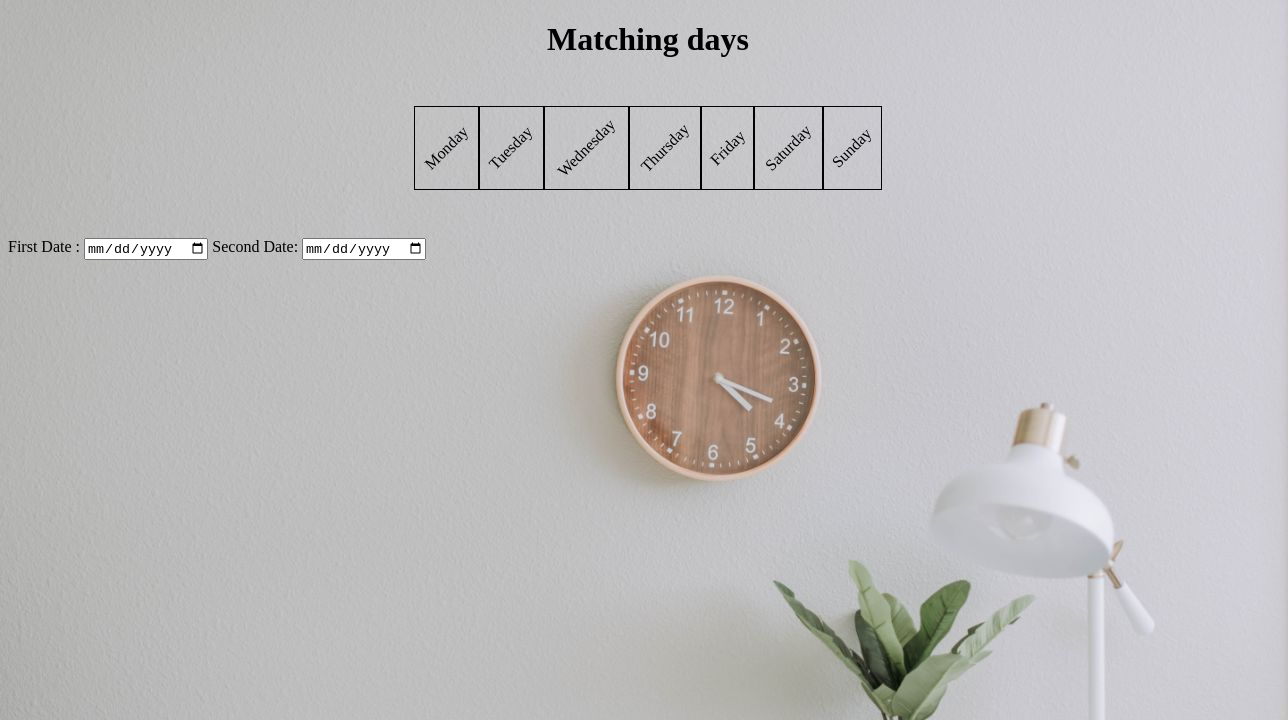
Repository: lasity34/matching-days
Page: index.html
These files come from the project's save history. The page is drawn as it stood at one moment and after the next save; the edit follows.
The browser window is 1280 px wide. The page is 1288 px wide, so the pictures cover 1288 px, including what lies to the right of the window. The pictures show the whole page.
Some web fonts or font styles are not loaded; a fallback is used. Some web libraries are served in a nearby version.

Above is the page before, as saved 2023-05-10 10:33:51.

### index.html
<!DOCTYPE html>
<html lang="en">
<head>
    <meta charset="UTF-8">
    <meta http-equiv="X-UA-Compatible" content="IE=edge">
    <meta name="viewport" content="width=device-width, initial-scale=1.0">
    <title>Matching days</title>
    <link rel="preconnect" href="https://fonts.googleapis.com">
<link rel="preconnect" href="https://fonts.gstatic.com" crossorigin>
<link href="https://fonts.googleapis.com/css2?family=Battambang:wght@300;400;700&display=swap" rel="stylesheet">
    <link rel="stylesheet" href="style.css" >
    <script src="https://cdnjs.cloudflare.com/ajax/libs/handlebars.js/4.0.11/handlebars.min.js"></script>
    <script type="text/x-template" id="days_template">
        {{#each different_days}}
        <div class="day_box"><p class="day_text">{{day}}</p></div>
        {{/each}}
    </script>
</head>
<body>

    <h1>Matching days</h1>
    <section class="days_container">

    </section>
    <section class="date_input_container">
        <label for="first_date">First Date :</label>
        <input type="date" id="first_date" name="first_date" />
        <label for="second_date">Second Date:</label>
        <input type="date" id="second_date" name="second_date"/>
    </section>


        <!-- matching-days function -->
        <script src="/matching-days.js" charset="utf-8"></script>
        <!-- followed by the tests -->
        <script src="./matching-days-factory.js" charset="utf-8"></script>

</body>
</html>

### style.css

html {
    font-family: 'Battambang', cursive;
    background: url("./Images/background-photo.jpg");
}

body {
    width: 100%;
}

h1 {
    text-align: center;
}

.days_container {
    display: flex;
    justify-content: center;
    margin: 3em auto;
    width: 100%;
}

.day_box {
    border: 1px solid black;
    padding: 1em 0.3em;

}

.day_text {
    transform: rotate(-45deg);
}

### matching-days.js



document.addEventListener("DOMContentLoaded", function() {

    const template_source = document.querySelector("#days_template").innerHTML
    const days_template = Handlebars.compile(template_source)
    const days_data_display = document.querySelector(".days_container")

    const daysData = {
        different_days: [
            { day: "Monday"},
            { day: "Tuesday"},
            { day: "Wednesday"},
            { day: "Thursday"},
            { day: "Friday"},
            { day: "Saturday"},
            { day: "Sunday"}
        ]
    }

    const daysDataHTML = days_template(daysData)

    days_data_display.innerHTML = daysDataHTML

})

Loaded but not shown: matching-days-factory.js (no stored copy; drawn as an empty file)

After the next save:
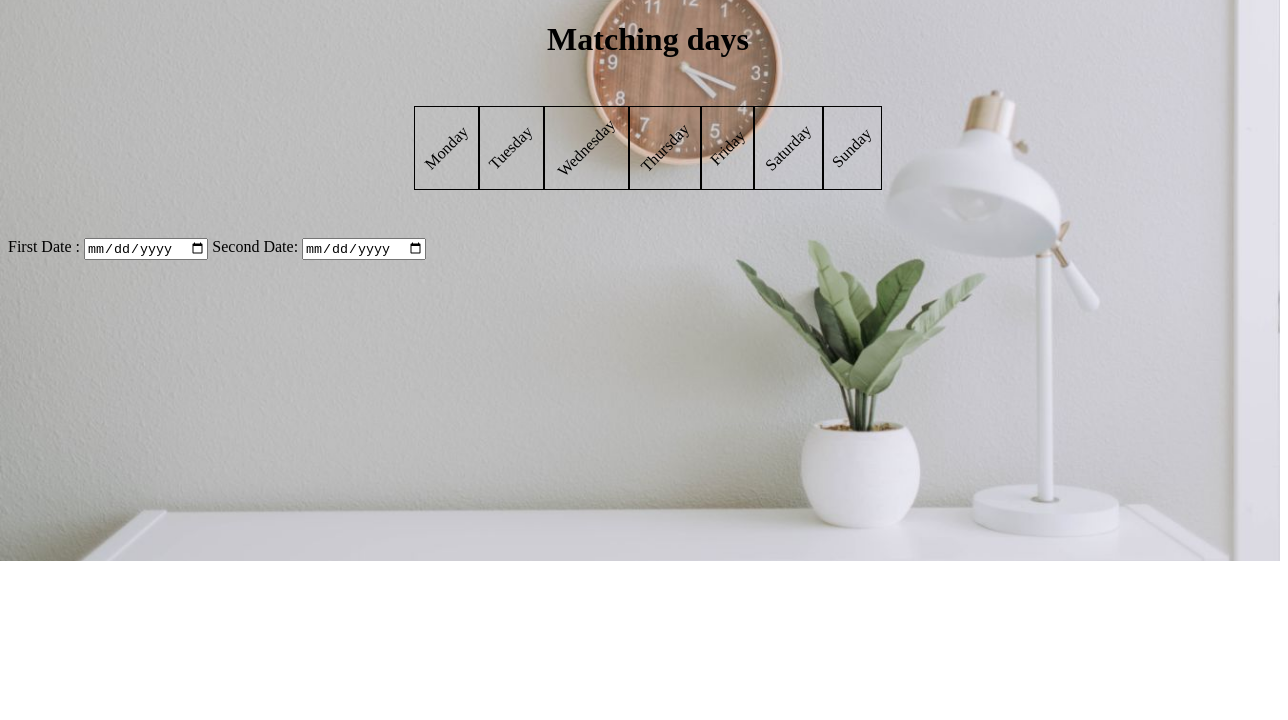
Saved 3 min 24 s later.
--- a/style.css
+++ b/style.css
@@ -1,7 +1,7 @@
 
 html {
     font-family: 'Battambang', cursive;
-    background: url("./Images/background-photo.jpg");
+    background: url("./Images/background-photo.jpg") no-repeat center center / 100% auto ;
 }
 
 body {
